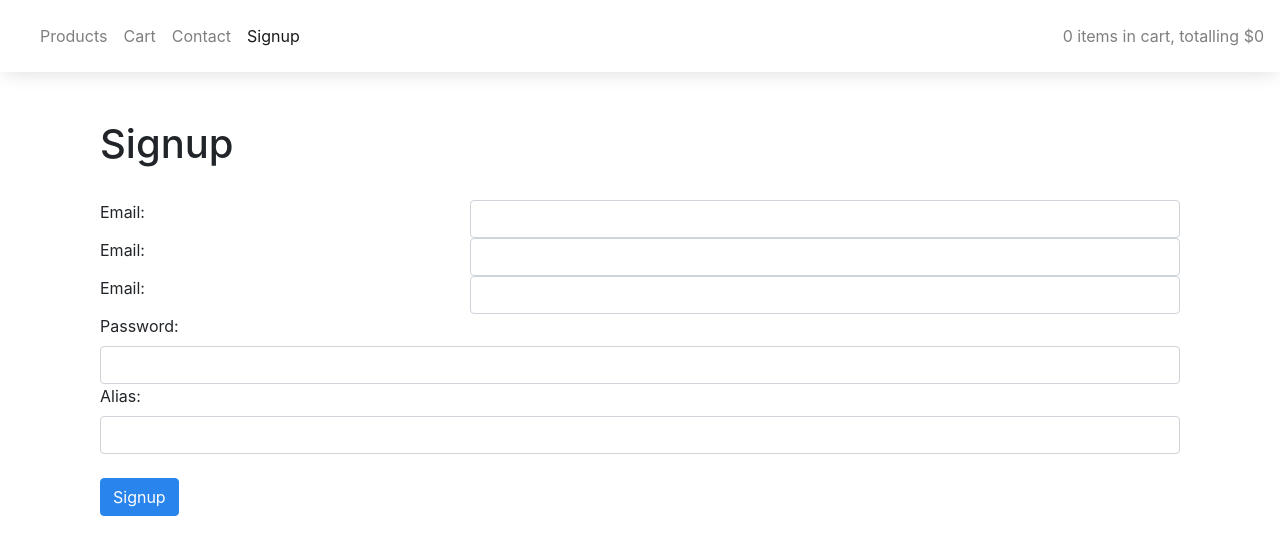
Repository: dayrim/wavecraft
Page: /signup
These files come from the project's save history. The page is drawn as it stood at one moment and after the next save; the edit follows.
The browser window is 1280 px wide. The pictures show the whole page.
The project was rebuilt for these pictures with package versions that can differ from the ones it lists, and the page was loaded fresh each time. Also part of the build but not shown: vue.config.js.

Above is the page before, as saved 2019-04-22 16:04:15.

### public/index.html
<!DOCTYPE html>
<html lang="en">
  <head>
    <meta charset="utf-8">
    <meta http-equiv="X-UA-Compatible" content="IE=edge">
    <meta name="viewport" content="width=device-width,initial-scale=1.0">
    <link rel="icon" href="<%= BASE_URL %>favicon.ico">
    <title>wavecraft-reset</title>
  </head>
  <body>
    <noscript>
      <strong>We're sorry but wavecraft-reset doesn't work properly without JavaScript enabled. Please enable it to continue.</strong>
    </noscript>
    <div id="app"></div>
    <!-- built files will be auto injected -->


  </body>
</html>

### src/main.js
import Vue from "vue";
import App from "./App.vue";
import router from "./router";
import store from "./store";
import BootstrapVue from "bootstrap-vue";

Vue.config.productionTip = false;
Vue.use(BootstrapVue);
Vue.filter("currency", function(value) {
  let formatter = new Intl.NumberFormat("en-US", {
    style: "currency",
    currency: "USD",
    minimumFractionDigits: 0,
  });

  return formatter.format(value);
});

new Vue({
  router,
  store,
  render: h => h(App),
}).$mount("#app");

### src/App.vue
<template>
  <div id="app" :class="{ ready: isPageReady }">
    <b-navbar class="mainNavbar" sticky toggleable="lg" variant="light">
      <b-navbar-brand to="/"></b-navbar-brand>

      <b-navbar-toggle target="nav-collapse"></b-navbar-toggle>

      <b-collapse id="nav-collapse" is-nav>
        <b-navbar-nav>
          <b-nav-item exact active-class="active" to="/">Products</b-nav-item>
          <b-nav-item exact active-class="active" to="/cart">Cart</b-nav-item>
          <b-nav-item exact active-class="active" to="/contact">Contact</b-nav-item>
          <b-nav-item exact active-class="active" to="/signup">Signup</b-nav-item>
        </b-navbar-nav>

        <!-- Right aligned nav items -->
        <b-navbar-nav class="ml-auto">
          <b-nav-text>
            <div class="navbar-text">
              {{ cart.items.length }}
              <span v-if="cart.items.length == 1">item</span><span v-else>items</span> in cart,
              totalling {{ cartTotal | currency }}
            </div></b-nav-text
          >
        </b-navbar-nav>
      </b-collapse>
    </b-navbar>
    <transition name="route" mode="out-in">
      <router-view name="discount"> </router-view>
    </transition>
    <b-container>
      <b-row>
        <b-col>
          <br /><br />
          <transition name="route" mode="out-in">
            <router-view></router-view>
          </transition>
        </b-col>
      </b-row>
    </b-container>
  </div>
</template>

<script>
export default {
  data() {
    return {
      isPageReady: false,
    };
  },
  computed: {
    cart() {
      return this.$store.state.cart;
    },
    cartTotal() {
      return this.$store.getters["cart/cartTotal"];
    },
  },
  mounted: function() {
    this.$nextTick(function() {
      setTimeout(() => {
        this.isPageReady = true;
      }, 0);
    });
  },
};
</script>

<style lang="scss">
.mainNavbar {
  box-shadow: 0px 5px 20px -5px rgba(0, 0, 0, 0.15);
}
.flex {
  display: flex;
}
.flex.flex-column {
  flex-direction: column;
}
.flex.flex-row {
  flex-direction: row;
}
.flex.justify-center {
  justify-content: center;
}
.flex.justify-left {
  justify-content: flex-start;
}
.flex.justify-right {
  justify-content: flex-end;
}
.flex.align-center {
  align-items: center;
}
.flex.align-left {
  align-items: flex-start;
}
.flex.align-right {
  align-items: flex-end;
}
/* Navigation */
.navbar .stats {
  margin-top: 15px;
}
ul {
  list-style: none;
}
.btn {
  margin-right: 20px;
}
input[type="radio"] + label,
input[type="checkbox"] + label {
  font-weight: normal;
}

#app {
  opacity: 0;
  transition: opacity 1s ease;
}

#app.ready {
  opacity: 1;
}

.route-enter-active,
.route-leave-active {
  transition: opacity 0.15s ease;
}

.route-enter,
.route-leave-to {
  opacity: 0;
}
</style>

### src/router/index.js
import Vue from "vue";
import Router from "vue-router";
import routes from "./routes";
Vue.use(Router);

export default new Router({
  mode: "history",
  base: process.env.BASE_URL,
  routes,
});

### src/store/index.js
import Vue from "vue";
import Vuex from "vuex";
import cart from "./modules/cart";

Vue.use(Vuex);

export default new Vuex.Store({
  /**
   * Assign the modules to the store.
   */
  modules: {
    cart,
  },
});

### src/assets/common.scss
@import "node_modules/bootstrap/scss/functions";
@import "node_modules/bootstrap/scss/variables";

$primary-color: #2984ec;
$secondary-color: #601cb9;
$tertiary-color: #222d30;
$default-color: #e9e9e9;
$light-color: #ffffff;
$accent-color: #f0081b;
$warning-color: #f09308;



$red: #dc3545;
$yellow: #ffc107;
$green: #006600; // This is the only variable I wanted to change
$cyan: #17a2b8;

$theme-colors: (
  primary: $primary-color,
  secondary: $tertiary-color,
  success: $secondary-color,
  info: $primary-color,
  warning: $warning-color,
  danger: $accent-color,
  light: $light-color,
  dark: $tertiary-color
);

@import 'node_modules/bootstrap/scss/bootstrap';
@import 'node_modules/bootstrap-vue/src/index.scss';

### src/router/routes.js
const routes = [
  {
    path: "",
    components: {
      default: () => import(/* webpackChunkName: "ProductList" */ "@/components/ProductList.vue"),
      discount: () =>
        import(/* webpackChunkName: "SpecialOffer" */ "@/components/SpecialOffer.vue"),
    },
  },
  {
    path: "/cart",
    component: () => import(/* webpackChunkName: "Cart" */ "@/components/Cart.vue"),
    alias: "/shopping-cart",
  },
  {
    path: "/signup",
    component: () => import(/* webpackChunkName: "Singup" */ "@/components/Signup.vue"),
    alias: "/sign-up",
  },
  {
    path: "/product/:productId",
    props: true,
    name: "Product",
    component: () => import(/* webpackChunkName: "Product" */ "@/components/Product.vue"),
    children: [
      {
        path: "details",
        name: "ViewProduct",
        props: true,
        component: () =>
          import(/* webpackChunkName: "ViewProduct" */ "@/components/ViewProduct.vue"),
      },
      {
        path: "reviews",
        name: "ProductReviews",
        props: true,
        component: () =>
          import(/* webpackChunkName: "ProductReviews" */ "@/components/ProductReviews.vue"),
      },
    ],
  },

  {
    path: "/contact",
    component: () => import(/* webpackChunkName: "Contact" */ "@/components/Contact.vue"),
  },
  {
    path: "/*",
    component: () => import(/* webpackChunkName: "PageNotFound" */ "@/components/PageNotFound.vue"),
  },
];

export default routes;

### src/store/modules/cart/index.js
import actions from "./actions";
import getters from "./getters";
import mutations from "./mutations";
import state from "./state";

export default {
  namespaced: true,
  actions,
  getters,
  mutations,
  state,
};

### src/components/Signup.vue
<template>
  <b-container fluid>
    <h1>Signup</h1>
    <br />
    <b-row>
      <b-col> <label for="email">Email:</label></b-col>
      <b-col cols="8"> <b-form-input id="email" type="text"></b-form-input></b-col>
    </b-row>
    <b-row>
      <b-col> <label for="email">Email:</label></b-col>
      <b-col cols="8"> <b-form-input id="email" type="text"></b-form-input></b-col>
    </b-row>
    <b-row>
      <b-col> <label for="email">Email:</label></b-col>
      <b-col cols="8"> <b-form-input id="email" type="text"></b-form-input></b-col>
    </b-row>
    <label for="password">Password:</label>
    <b-form-input id="password" type="text"></b-form-input>
    <label for="alias">Alias:</label>
    <b-form-input id="alias" type="text"></b-form-input>
    <br />
    <b-button variant="primary">Signup</b-button>
  </b-container>
</template>

<script>
export default {
  data() {
    return {};
  },
};
</script>

<style lang="scss"></style>

### src/store/modules/cart/actions.js
import * as Mutate from "./mutation-types";

export const addProductToCart = ({ commit, getters }, payload) => {
  let cartItem = getters.getCartItem(payload.product);
  payload.cartItem = cartItem;

  if (cartItem == null) {
    payload.cartItem = getters.getCartItem(payload.product);
    commit(Mutate.ADD_PRODUCT_TO_CART, payload);
  } else {
    commit(Mutate.INCREASE_PRODUCT_QUANTITY, payload);
  }
};

export const checkout = ({ commit }) => {
  commit(Mutate.CHECKOUT);
};

export default {
  addProductToCart,
  checkout,
};

### src/store/modules/cart/getters.js
export default {
  cartTotal: state => {
    let total = 0;

    state.items.forEach(function(item) {
      total += item.product.price * item.quantity;
    });
    return total;
  },
  getCartItem: state => product => {
    for (let i = 0; i < state.items.length; i++) {
      if (state.items[i].product.id === product.id) {
        return state.items[i];
      }
    }
    return null;
  },
  taxAmount: (state, getters) => percentage => (getters.cartTotal * percentage) / 100,
};

### src/store/modules/cart/mutations.js
import { CHECKOUT, ADD_PRODUCT_TO_CART, INCREASE_PRODUCT_QUANTITY } from "./mutation-types";

export default {
  [CHECKOUT](state) {
    state.items.forEach(function(item) {
      item.product.inStock += item.quantity;
    });

    state.items = [];
  },
  [ADD_PRODUCT_TO_CART]: (state, payload) => {
    state.items.push({
      product: payload.product,
      quantity: payload.quantity,
    });

    payload.product.inStock -= payload.quantity;
  },
  [INCREASE_PRODUCT_QUANTITY]: (state, payload) => {
    payload.cartItem.quantity += payload.quantity;
    payload.product.inStock -= payload.quantity;
  },
};

### src/store/modules/cart/state.js
export default {
  items: [],
};

### src/store/modules/cart/mutation-types.js
export const ADD_PRODUCT_TO_CART = "addProductToCart";
export const CHECKOUT = "checkout";
export const INCREASE_PRODUCT_QUANTITY = "increaseQuantity";

export default {
  ADD_PRODUCT_TO_CART,
  CHECKOUT,
  INCREASE_PRODUCT_QUANTITY,
};

After the next save:
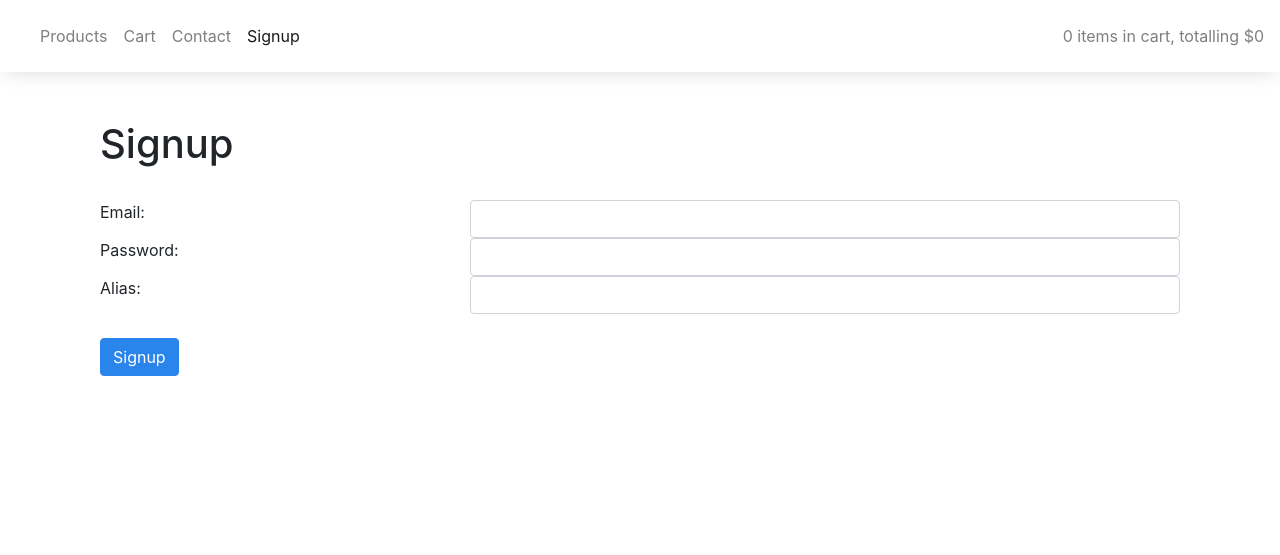
Saved 17 s later.
--- a/src/components/Signup.vue
+++ b/src/components/Signup.vue
@@ -7,17 +7,14 @@
       <b-col cols="8"> <b-form-input id="email" type="text"></b-form-input></b-col>
     </b-row>
     <b-row>
-      <b-col> <label for="email">Email:</label></b-col>
-      <b-col cols="8"> <b-form-input id="email" type="text"></b-form-input></b-col>
+      <b-col> <label for="password">Password:</label></b-col>
+      <b-col cols="8"> <b-form-input id="password" type="text"></b-form-input></b-col>
     </b-row>
     <b-row>
-      <b-col> <label for="email">Email:</label></b-col>
-      <b-col cols="8"> <b-form-input id="email" type="text"></b-form-input></b-col>
+      <b-col> <label for="alias">Alias:</label></b-col>
+      <b-col cols="8"> <b-form-input id="alias" type="text"></b-form-input></b-col>
     </b-row>
-    <label for="password">Password:</label>
-    <b-form-input id="password" type="text"></b-form-input>
-    <label for="alias">Alias:</label>
-    <b-form-input id="alias" type="text"></b-form-input>
+
     <br />
     <b-button variant="primary">Signup</b-button>
   </b-container>
